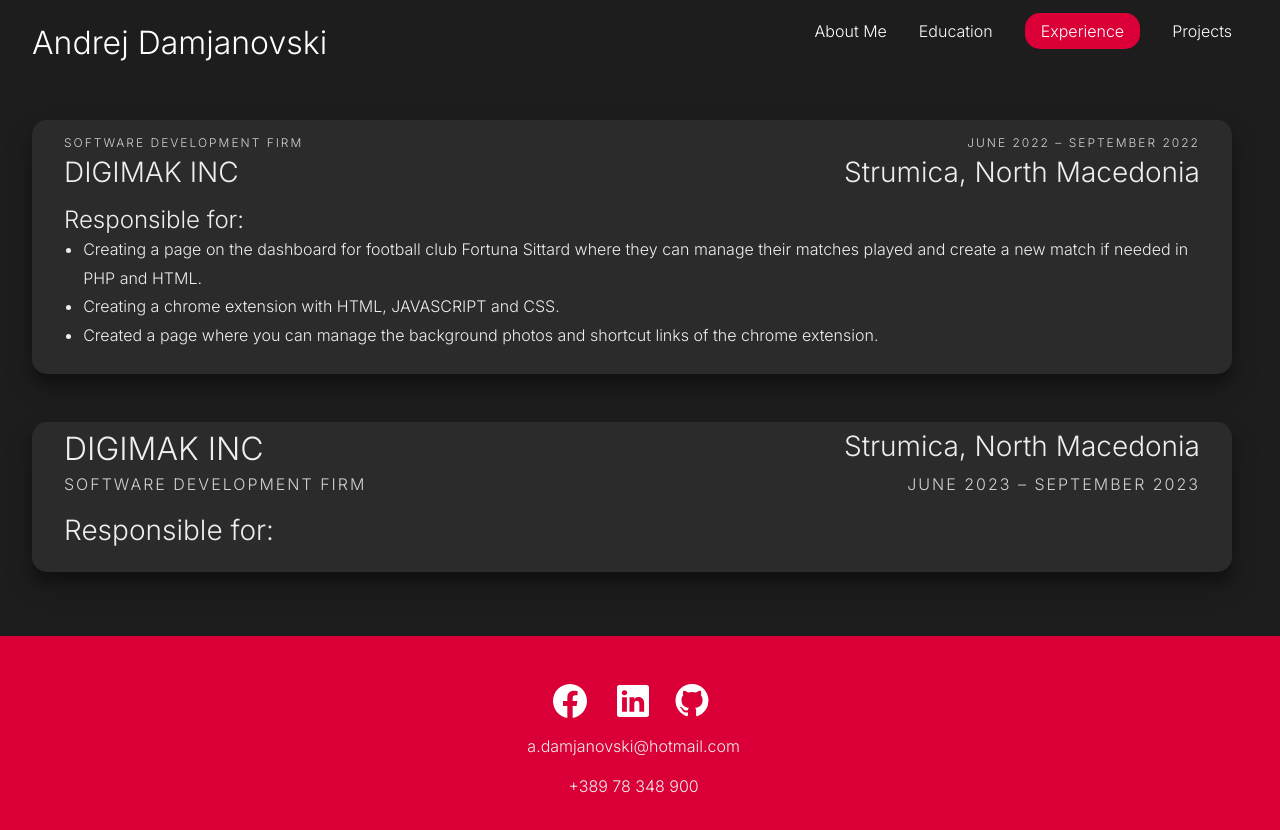
Repository: ADamjanovski/portfolio
Page: experience.html
The author's editor kept a copy of each file at every save. The page is drawn from the files as they stood at one save, then again after the next save.
The browser window is 1280 px wide. The pictures show the whole page.

Above is the page before, as saved 2023-07-03 11:59:19.

After the next save:
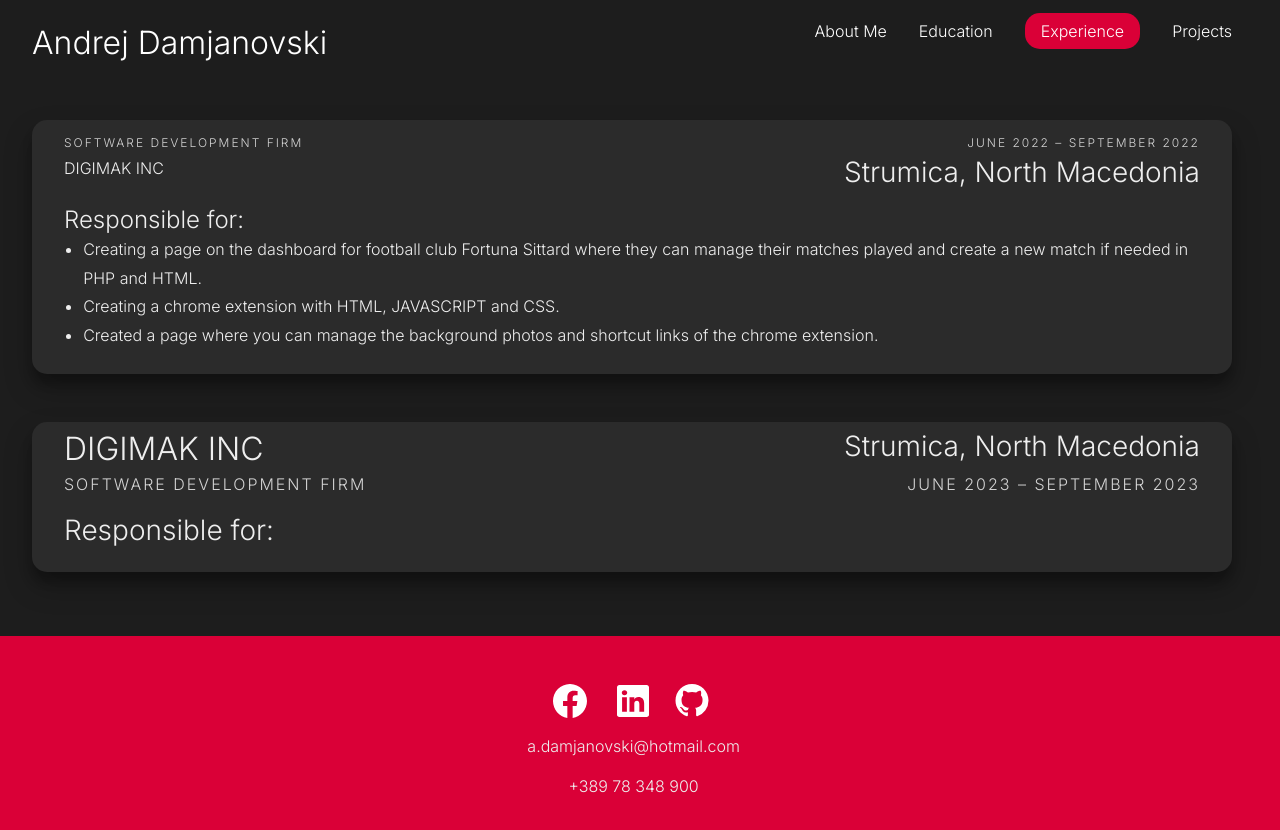
Saved 42 s later.
--- a/experience.html
+++ b/experience.html
@@ -52,7 +52,7 @@
             <p>June 2022 – September 2022</p>
         </div>
         <div class="Company-details">
-            <h3>DIGIMAK INC</h3>
+            <p>DIGIMAK INC</p>
             <h3>Strumica, North Macedonia</h3>
         </div>
         <div class="responsible">
